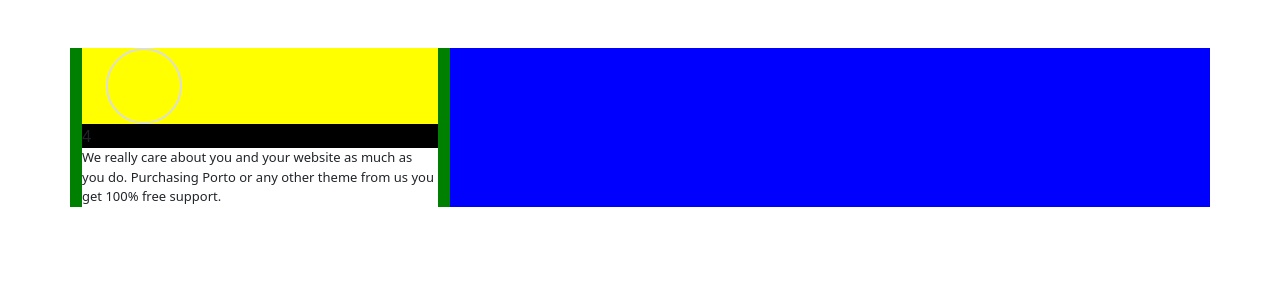
Repository: NguyenDo13/BE2-NhomH
Page: module-9/index/index.html
The author's editor kept a copy of each file at every save. The page is drawn from the files as they stood at one save, then again after the next save.
The browser window is 1280 px wide. The pictures show the whole page.

Above is the page before, as saved 2022-05-15 11:25:38.

After the next save:
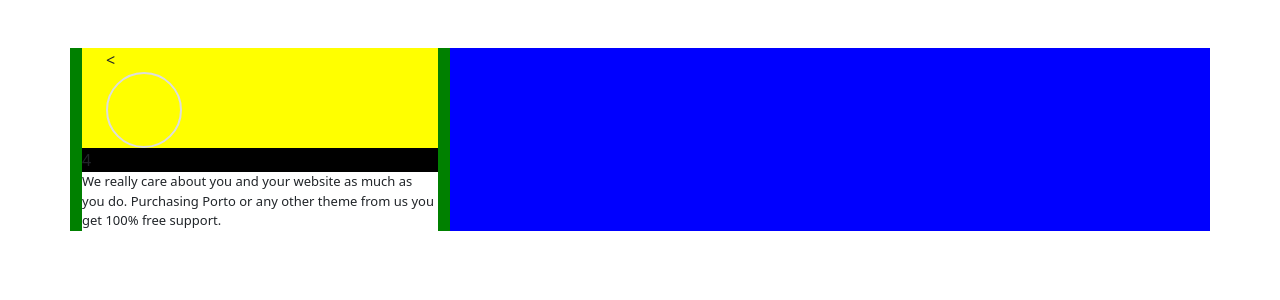
Saved 44 s later.
--- a/module-9/index/index.html
+++ b/module-9/index/index.html
@@ -20,22 +20,22 @@
                 <div class="vc_column_container col-md-4">
                     <div class="portoContainer vc_column-inner">
                         <div class="portoTop px-4 style_1 top-icon">
-                            <div class="portoTopicon" style="text-align: center;">
+                            < <div class="portoTopicon" style="text-align: center;">
                                 <div class="porto-icon advanced">
 
                                 </div>
                                 <i class="Simple-Line-Icons-earphones-alt"> </i>
-                            </div>
                         </div>
-                        <div class="portoheader">4</div>
-                        <div class="portodescription" style="font-size: 13px">
-                            We really care about you and your website as much as you do. Purchasing Porto or any other theme from us you get 100% free support.
-                        </div>
+                    </div>
+                    <div class="portoheader">4</div>
+                    <div class="portodescription" style="font-size: 13px">
+                        We really care about you and your website as much as you do. Purchasing Porto or any other theme from us you get 100% free support.
                     </div>
                 </div>
             </div>
         </div>
     </div>
+    </div>
 </body>
 
 </html>
